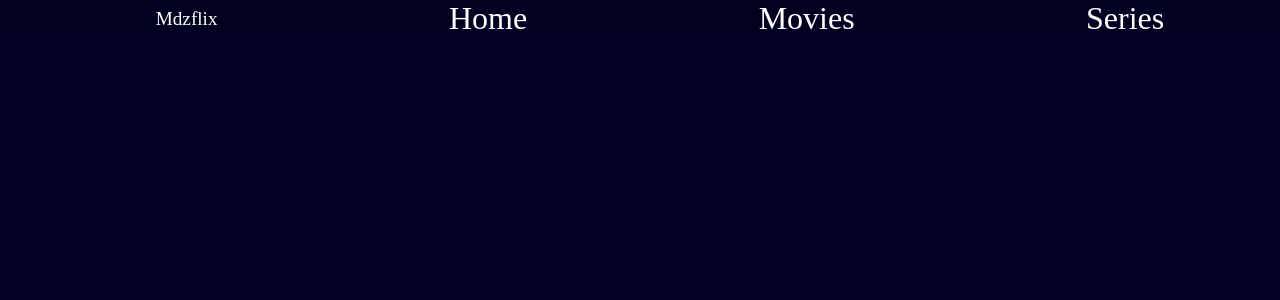
Repository: leo7mdz/app-movies-react
Page: /series
An editor plug-in stored every save of this project. The page is shown before and after the next save, followed by the edit.
The browser window is 1280 px wide. The pictures show the whole page.
The page's requests for data from a server got no answer. The project was rebuilt for these pictures with package versions that can differ from the ones it lists, and the page was loaded fresh each time. No one was signed in, and anything a server would have sent is missing. Also part of the build but not shown: vite.config.js, src/components/details.module.css, src/pages/Details.jsx, src/pages/ErrorPage.jsx, src/utils/apiFetchCarousel.js, src/components/Carousel.jsx, src/components/CarouselTop.jsx, src/pages/Home.jsx and 12 more.

Above is the page before, as saved 2023-03-17 16:24:47.

### src/App.jsx
import { BrowserRouter, Route, Routes } from "react-router-dom";
import "./app.css";
import NavBar from "./components/NavBar";
import MoviesProvider from "./context/MoviesContext";
import SeriesProvider from "./context/SeriesContext";
import Details from "./pages/Details";
import ErrorPage from "./pages/ErrorPage";
import Home from "./pages/Home";
import Series from "./pages/Series";
import Movies from "./pages/Movies";

function App() {
  return (
    <BrowserRouter>
      <MoviesProvider>
        <SeriesProvider>
          <div className="app">
            <NavBar />

            <Routes>
              <Route path="/" element={<Home />} />
              <Route path="/movies" element={<Movies types="movie" />} />
              <Route path="/series" element={<Series types="tv" />} />
              <Route path="*" element={<ErrorPage />} />
              <Route path="/details/:type/:id" element={<Details />} />
            </Routes>
          </div>
        </SeriesProvider>
      </MoviesProvider>
    </BrowserRouter>
  );
}

export default App;

### src/index.css
body {
  margin: 0;
  min-height: 100vh;
  color: white;
  background: rgb(2, 0, 36);


}

a {
  font-weight: 500;
  color: rgb(255, 255, 255);
  font-size: 2rem;
  text-decoration: none;
  display: block;
}

a:hover {
  transform: scale(1.1);
}

/* .container-page {
  margin-top: 100px;
} */


.item img {
  width: 100%;
  height: 40vh;
  object-fit: cover;

}

@media screen and (min-width:991px) {
  .item img {

    height: 65vh;
    object-fit: cover;

  }
}

.alice-carousel__prev-btn,
.alice-carousel__next-btn {
  display: none;
}

.alice-carousel__dots {
  position: absolute;
  left: 50%;
  bottom: 10%;
  transform: translate(-50%);
}

.carousel {
  width: 92%;
  margin: auto;
  margin-top: 50px;
  margin-bottom: 40px;

}

.carousel .alice-carousel__wrapper {
  height: 250px;
}


.carousel .alice-carousel__dots {
  display: none;
}

.carousel .alice-carousel__stage-item {
  margin-right: 10px;

}

.carousel .alice-carousel__wrapper .alice-carousel__stage .alice-carousel__stage-item img {
  width: 100%;
  height: auto;
  object-fit: contain;
}

### src/app.css
/* .app {
    margin: 0;
    width: 100%;
    min-height: 100%;
} */


.menu {
    display: flex;
    justify-content: space-around;
    align-items: center;
    list-style: none;
    margin-top: 0;
    margin-bottom: 0;
    font-size: 1.2rem;
}

### src/components/NavBar.jsx
import React from "react";
import { Link } from "react-router-dom";
import style from "./navBar.module.css";

const NavBar = () => {
  return (
    <nav className={style.nav}>
      <ul className="menu">
        <span>Mdzflix</span>
        <li>
          <Link to="/">Home</Link>
        </li>
        <li>
          <Link to="/movies">Movies</Link>
        </li>
        <li>
          <Link to="/series">Series</Link>
        </li>
      </ul>
    </nav>
  );
};

export default NavBar;

### src/context/MoviesContext.jsx
import { useContext } from "react";
import { createContext } from "react";
import useMoviesSearch from "../hooks/useMoviesSearch";

const MoviesContext = createContext();

export const contextMovies = () => {
  return useContext(MoviesContext);
};

const MoviesProvider = ({ children }) => {
  const { movies, page, totalPage, loading, setPage, error } =
    useMoviesSearch();

  const data = {
    movies,
    page,
    totalPage,
    loading,
    setPage,
    error,
  };

  return (
    <MoviesContext.Provider value={data}>{children}</MoviesContext.Provider>
  );
};

export default MoviesProvider;
//export { MoviesContext };

### src/context/SeriesContext.jsx
import { useContext } from "react";
import { createContext } from "react";

import useSeriesSearch from "../hooks/useSeriesSearch";

const SeriesContext = createContext();

export const contextSeries = () => {
  return useContext(SeriesContext);
};

const SeriesProvider = ({ children }) => {
  const { series, loading, error, page, totalPage, setPage } =
    useSeriesSearch();

  const data = {
    series,
    loading,
    error,
    page,
    totalPage,
    setPage,
  };
  return (
    <SeriesContext.Provider value={data}>{children}</SeriesContext.Provider>
  );
};

export default SeriesProvider;
//export { SeriesContext };

### src/components/navBar.module.css
.nav {
    position: absolute;
    top: 0;
    width: 100%;
    z-index: 1000;
    background-color: rgba(0, 0, 0, .1);
}

### src/hooks/useMoviesSearch.js
import { useEffect, useReducer } from "react";
import moviesReducer, { MOVIES_INITIAL_STATE } from "../reducer/moviesReducer";
import MOVIES_ACTIONS from "../utils/movies-actions";
import apiFetch from "../utils/apiFetch";
import { useSearchParams } from "react-router-dom";
import { useDebounce } from "./useDebaunce";

const searchMovies = async (
  endpoint,
  search,
  page,
  startSearch,
  searchSuccess,
  searchError
) => {
  startSearch();

  const { success, data, statusCode } = await apiFetch(endpoint, search, page);

  if (success) {
    return searchSuccess(data.results, data.total_pages);
  }
  return searchError(`Error:${statusCode}`);
};

const useMoviesSearch = () => {
  const [moviesSearch, moviesDispatch] = useReducer(
    moviesReducer,
    MOVIES_INITIAL_STATE
  );

  const [query] = useSearchParams();
  const search = query.get("search");

  const debounce = useDebounce(search, 300);

  const endpoint = search ? "/search/movie" : `/movie/popular`;

  const startSearch = () => {
    moviesDispatch({ type: MOVIES_ACTIONS.START_SEARCH });
  };

  const searchSuccess = (movies, totalPage) => {
    moviesDispatch({
      type: MOVIES_ACTIONS.MOVIES_SEARCH_SUCCESS,
      movies,
      totalPage,
    });
  };

  const searchError = (error) => {
    moviesDispatch({ type: MOVIES_ACTIONS.MOVIES_SEARCH_ERROR, error });
  };

  const setPage = (page) => {
    moviesDispatch({ type: MOVIES_ACTIONS.MOVIES_SETPAGE, page });
  };

  useEffect(() => {
    searchMovies(
      endpoint,
      debounce,
      moviesSearch.page,
      startSearch,
      searchSuccess,
      searchError
    );
  }, [moviesSearch.page, debounce]);

  return {
    ...moviesSearch,
    setPage,
  };
};

export default useMoviesSearch;

### src/hooks/useSeriesSearch.js
import { useEffect } from "react";
import { useReducer } from "react";
import { useSearchParams } from "react-router-dom";
import seriesReducer, { SERIES_INITIAL_STATE } from "../reducer/seriesReducer";
import apiFetch from "../utils/apiFetch";
import SERIES_ACTIONS from "../utils/series-action";
import { useDebounce } from "./useDebaunce";

const searchSeries = async (
  endpoint,
  search,
  page,
  startSearch,
  successSearch,
  errorSearch
) => {
  startSearch();
  const { data, success, statusCode } = await apiFetch(endpoint, search, page);

  if (success) {
    return successSearch(data.results, data.total_pages);
  }
  return errorSearch(`Error : ${statusCode}`);

  //console.log(data);
};

const useSeriesSearch = () => {
  const [seriesSearch, seriesDispatch] = useReducer(
    seriesReducer,
    SERIES_INITIAL_STATE
  );

  const [query] = useSearchParams();
  const search = query.get("search");

  const endpoint = search ? `/search/tv` : `/tv/popular`;

  const debounce = useDebounce(search, 300);

  const startSearch = () => {
    seriesDispatch({ type: SERIES_ACTIONS.START_SEARCH_SERIES });
  };

  const successSearch = (series, totalPage) => {
    seriesDispatch({
      type: SERIES_ACTIONS.SERIES_SEARCH_SUCCESS,
      series,
      totalPage,
    });
  };

  const errorSearch = (error) => {
    seriesDispatch({ type: SERIES_ACTIONS.SERIES_SEARCH_SUCCESS, error });
  };

  const setPage = (page) => {
    seriesDispatch({ type: SERIES_ACTIONS.SERIES_SETPAGE, page });
  };

  useEffect(() => {
    searchSeries(
      endpoint,
      debounce,
      seriesSearch.page,
      startSearch,
      successSearch,
      errorSearch
    );
  }, [seriesSearch.page, debounce]);

  return {
    ...seriesSearch,
    setPage,
  };
};

export default useSeriesSearch;

### src/constants/api.js
export const API_HOST = "https://api.themoviedb.org/3";

export const API_KEY = "3e13254e67f6740db149cb7e98614a79";

export const IMG_PATH = "https://image.tmdb.org/t/p/original/";

### src/utils/apiFetch.js
import { API_HOST, API_KEY } from "../constants/api.js";

const apiFetch = async (endpoint, search, page = 1) => {
  const urlEndpoint = search
    ? `${API_HOST}${endpoint}?api_key=${API_KEY}&page=${page}&query=${search}`
    : `${API_HOST}${endpoint}?api_key=${API_KEY}&page=${page}`;

  try {
    const res = await fetch(urlEndpoint);

    if (res.ok) {
      const data = await res.json();

      //console.log(data);
      return {
        success: true,
        data,
      };
    }

    return {
      success: false,
      statusCode: res.status,
    };
  } catch (error) {
    return {
      success: false,
      code: 500,
    };
  }
};

export default apiFetch;

### src/reducer/moviesReducer.js
import MOVIES_ACTIONS from "../utils/movies-actions";

const MOVIES_INITIAL_STATE = {
  movies: "",
  loading: false,
  error: undefined,
  page: 1,
  totalPages: 1,
};

const moviesReducer = (state, action) => {
  switch (action.type) {
    case MOVIES_ACTIONS.START_SEARCH: {
      return {
        ...state,
        loading: true,
      };
    }
    case MOVIES_ACTIONS.MOVIES_SEARCH_SUCCESS: {
      return {
        ...state,
        movies: action.movies,
        loading: false,
        totalPage: action.totalPage,
      };
    }
    case MOVIES_ACTIONS.MOVIES_SEARCH_ERROR: {
      return {
        ...state,
        error: action.error,
      };
    }
    case MOVIES_ACTIONS.MOVIES_SETPAGE: {
      return {
        ...state,
        page: action.page,
      };
    }
    default:
      return state;
  }
};

export { MOVIES_INITIAL_STATE };
export default moviesReducer;

### src/utils/movies-actions.js
const MOVIES_ACTIONS = {
  START_SEARCH: 0,
  MOVIES_SEARCH_SUCCESS: 1,
  MOVIES_SEARCH_ERROR: 2,
  MOVIES_SETPAGE: 3,
};

export default MOVIES_ACTIONS;

### src/hooks/useDebaunce.js
import { useEffect, useState } from "react";

export function useDebounce(value, delay) {
  // State and setters for debounced value
  const [debouncedValue, setDebouncedValue] = useState(value);
  useEffect(
    () => {
      // Update debounced value after delay
      const handler = setTimeout(() => {
        setDebouncedValue(value);
      }, delay);
      // Cancel the timeout if value changes (also on delay change or unmount)
      // This is how we prevent debounced value from updating if value is changed ...
      // .. within the delay period. Timeout gets cleared and restarted.
      return () => {
        clearTimeout(handler);
      };
    },
    [value, delay] // Only re-call effect if value or delay changes
  );
  return debouncedValue;
}

### src/reducer/seriesReducer.js
import SERIES_ACTIONS from "../utils/series-action";

const SERIES_INITIAL_STATE = {
  series: undefined,
  loading: false,
  error: null,
  page: 1,
  totalPage: 1,
};

const seriesReducer = (state, action) => {
  switch (action.type) {
    case SERIES_ACTIONS.START_SEARCH_SERIES: {
      return {
        ...state,
        loading: true,
      };
    }
    case SERIES_ACTIONS.SERIES_SEARCH_SUCCESS: {
      return {
        ...state,
        series: action.series,
        loading: false,
        totalPage: action.totalPage,
      };
    }
    case SERIES_ACTIONS.SERIES_SEARCH_ERROR: {
      return {
        ...state,
        error: action.error,
        loading: false,
      };
    }
    case SERIES_ACTIONS.SERIES_SETPAGE: {
      return {
        ...state,
        page: action.page,
      };
    }
    default:
      return state;
  }
};

export { SERIES_INITIAL_STATE };
export default seriesReducer;

### src/utils/series-action.js
const SERIES_ACTIONS = {
  START_SEARCH_SERIES: 0,
  SERIES_SEARCH_SUCCESS: 1,
  SERIES_SEARCH_ERROR: 2,
  SERIES_SETPAGE: 3,
};

export default SERIES_ACTIONS;

Loaded but not shown: index.html (common file); src/main.jsx (common file)

After the next save:
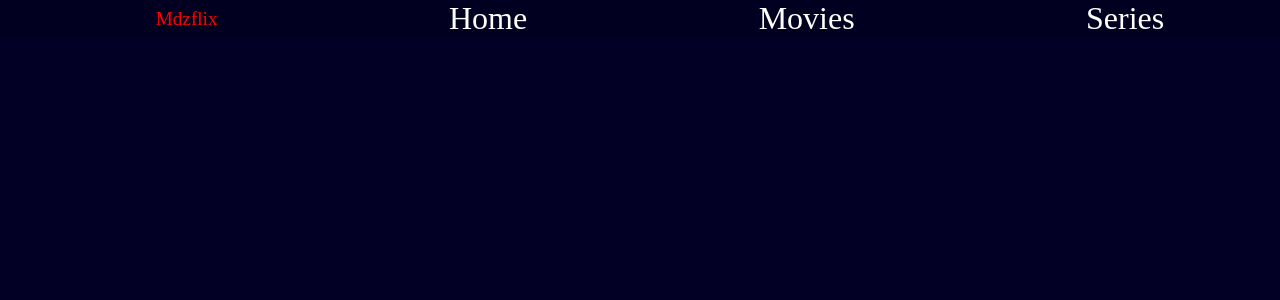
Saved 26 s later.
--- a/src/app.css
+++ b/src/app.css
@@ -14,3 +14,7 @@
     margin-bottom: 0;
     font-size: 1.2rem;
 }
+
+.menu span {
+    color: red;
+}
